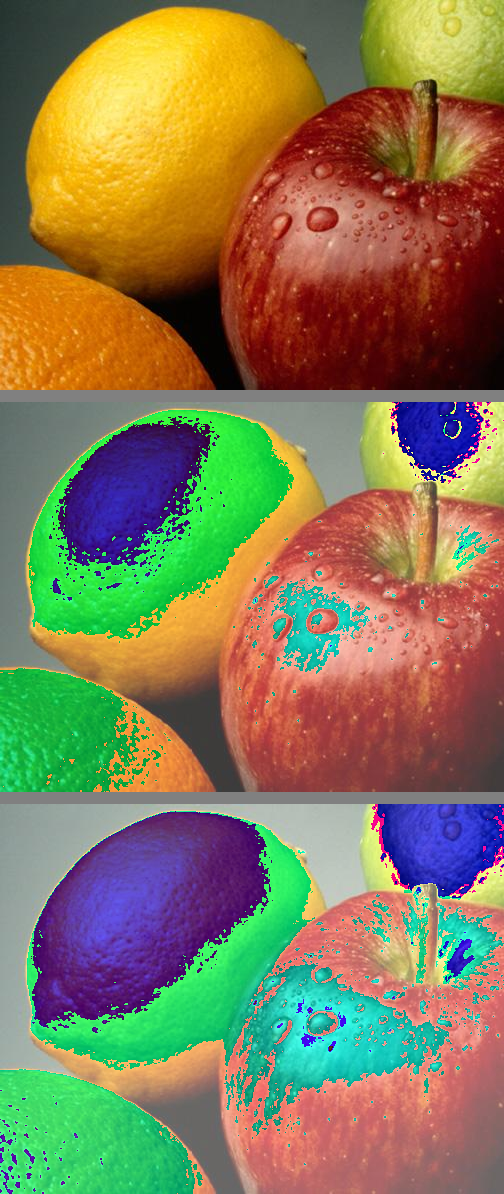
Repository: Dapravith/I5-GIC-Image-Processing
Script's output: python ROTHA_Dapravith_e20190915_TP5.py
The author's editor kept a copy of each file at every save. The script's output is drawn from the files as they stood at one save, then again after the next save.
Each picture stacks the figures in order, with grey between them; figures that are only written to a file come last. Random numbers start from a fixed seed. It also reads images/fruit3.jpg.

Above is the script's output before, as saved 2024-01-18 09:25:39.

After the next save:
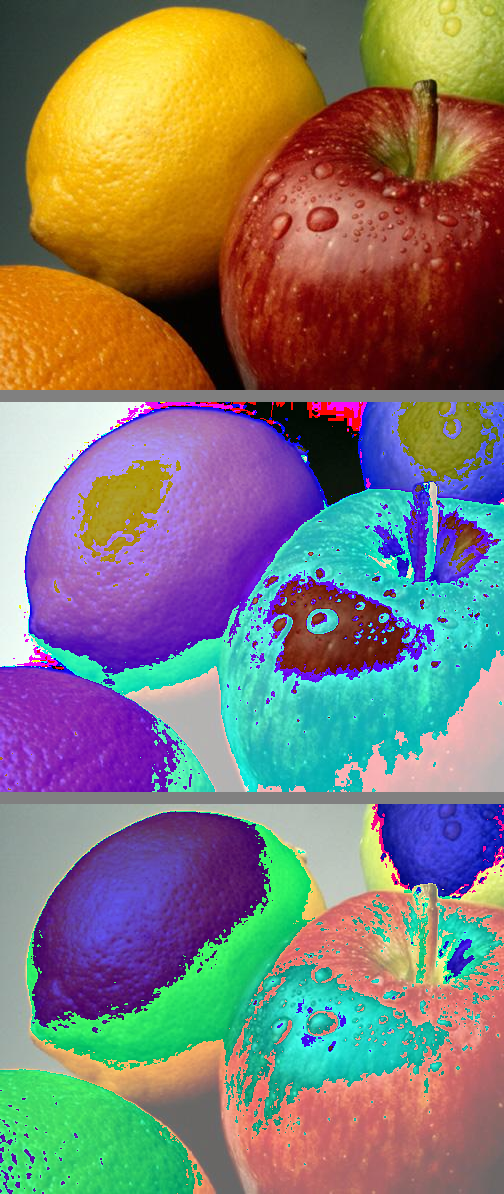
Saved 25 s later.
--- a/ROTHA_Dapravith_e20190915_TP5.py
+++ b/ROTHA_Dapravith_e20190915_TP5.py
@@ -6,7 +6,7 @@ image = cv.imshow("Image",img)
 def darkness():
     darkness =np.copy(img)
     # set modify values
-    modify_value= 199
+    modify_value= 80
     for x in range(len(img)):
         for y in range(len(img[x])):
             #Operation
